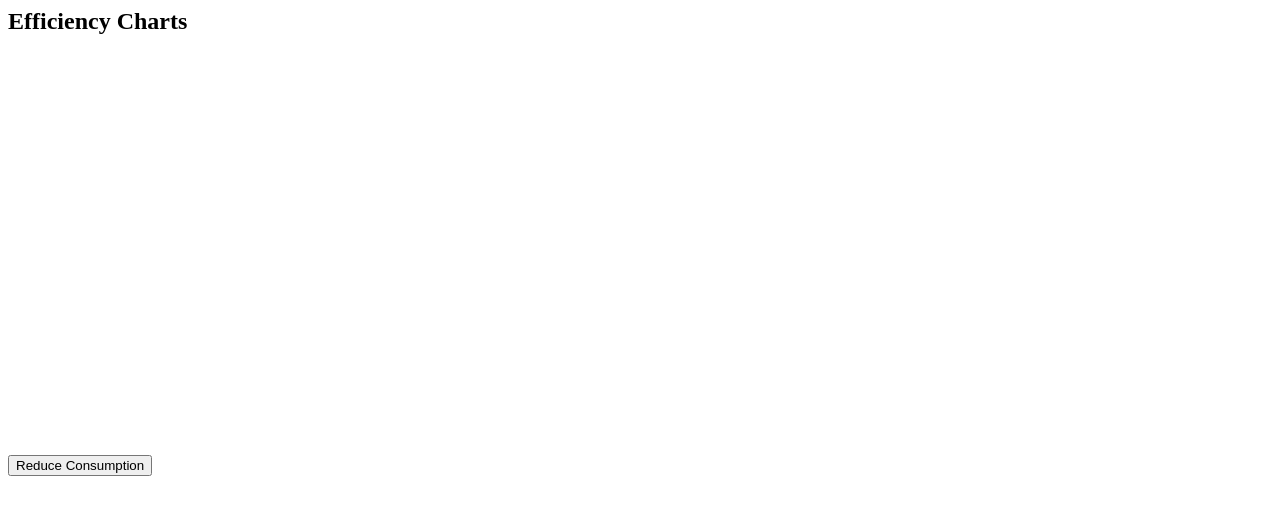
Repository: sau123/IoT-Distributive-System
Page: server/com.assignment2.server/WebContent/_views/efficiency.html
These files come from the project's save history. The page is drawn as it stood at one moment and after the next save; the edit follows.
The browser window is 1280 px wide. The pictures show the whole page.

Above is the page before, as saved 2015-08-03 08:21:02.

After the next save:
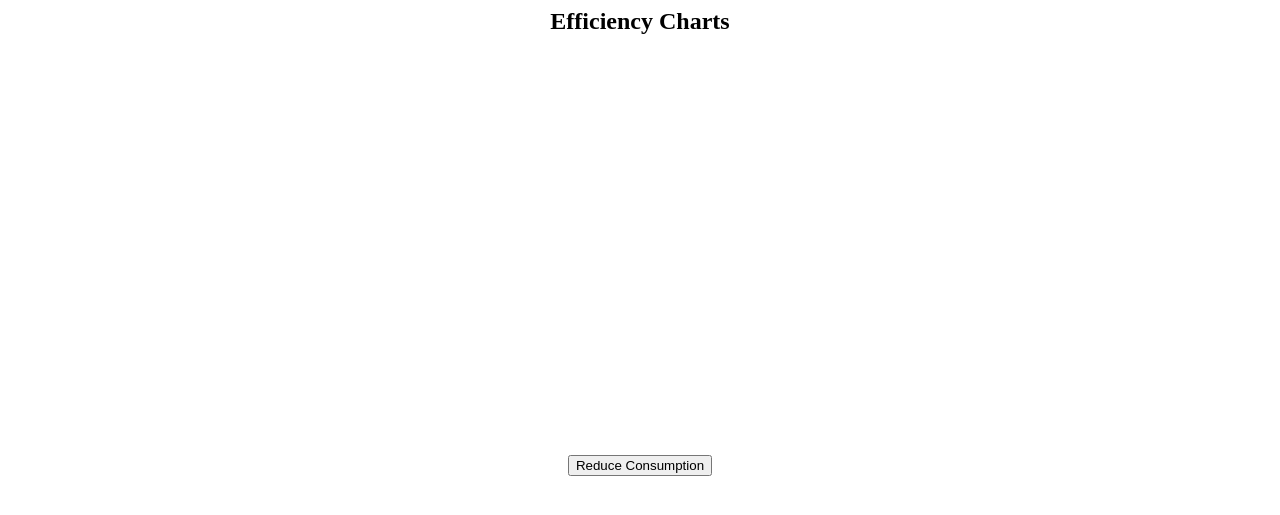
Saved 85 s later.
--- a/server/com.assignment2.server/WebContent/_views/efficiency.html
+++ b/server/com.assignment2.server/WebContent/_views/efficiency.html
@@ -1,6 +1,6 @@
 
 
-<div data-ng-controller="EfficiencyController" data-ng-init="pageLoad()">
+<div data-ng-controller="EfficiencyController" data-ng-init="pageLoad()" style = "text-align:center">
 <h2 class = "black1">Efficiency Charts </h2>
 
 
